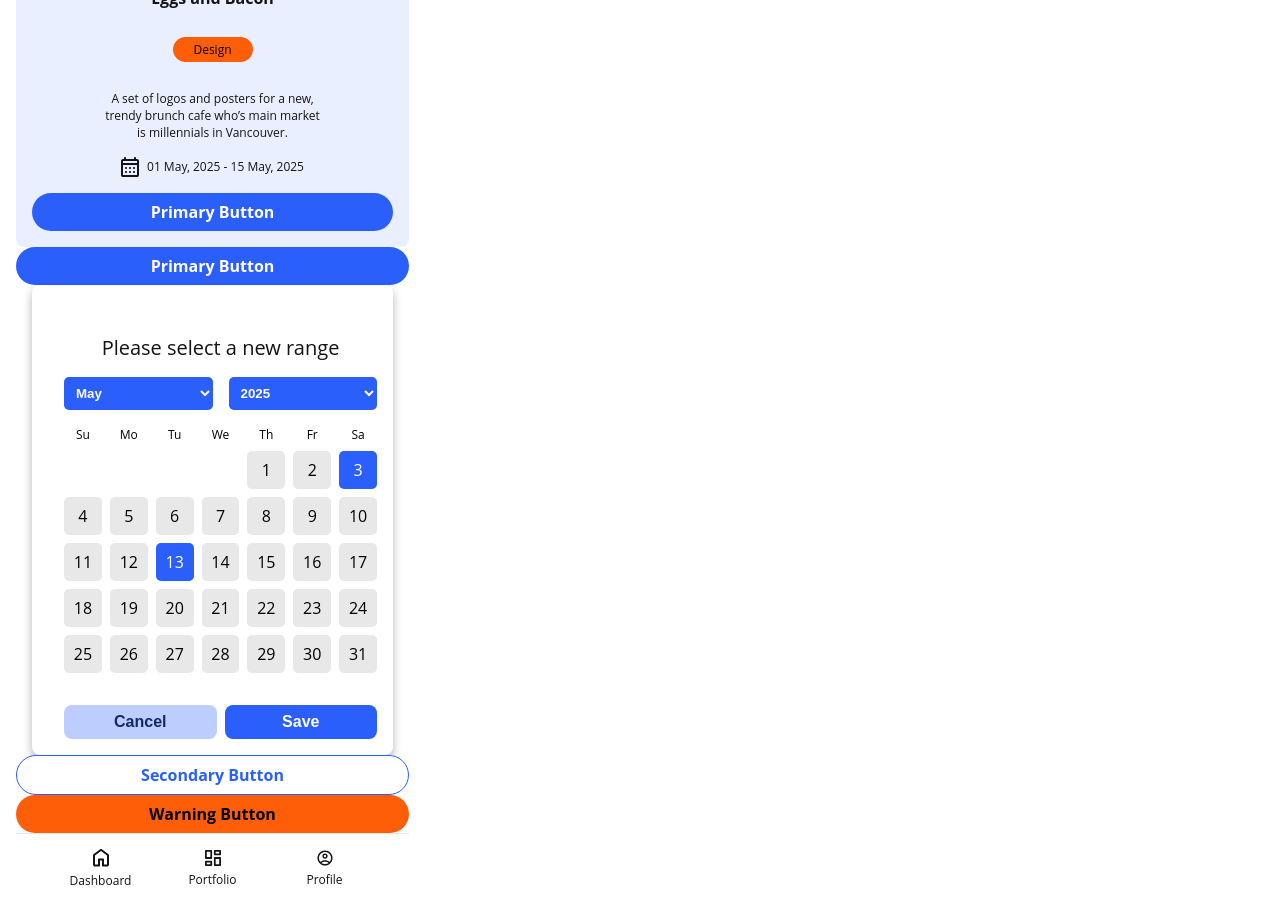
Repository: brunaguarizo/mosaic_app
Page: /
These files come from the project's save history. The page is drawn as it stood at one moment and after the next save; the edit follows.
The browser window is 1280 px wide. The pictures show the whole page.
The project was rebuilt for these pictures with package versions that can differ from the ones it lists, and the page was loaded fresh each time. The framework's server and built-in components were replaced by stand-ins that run in the browser. Also part of the build but not shown: next.config.mjs.

Above is the page before, as saved 2025-04-18 10:55:21.

### app/page.js
import Navbar from "./_ui/Navbar/Navbar";
import ProjectCard from "./_ui/Project_card/Project_card";
import Button from "./_ui/Button/Button";
import DatePicker from "./_ui/Date_PopUp/Date_PopUp";

export default function Home() {
    return (
        <div>
            <ProjectCard />

            <Button
                value='Primary Button'
                type='primary'
                //onClick={}
            />
            <DatePicker />

            <Button
                value='Secondary Button'
                type='secondary'
                //onClick={}
            />

            <Button
                value='Warning Button'
                type='warning'
                //onClick={}
            />
            <Navbar />
        </div>
    );
}

### app/globals.css
/* ------------------------------------------------------ GENERAL STYLES ------------------------------------------------------ */
*,
*::before,
*::after {
    box-sizing: inherit;
}

html,
body {
    padding: 0;
    margin: 0;
    font-family: var(--font-family);
    box-sizing: border-box;
}

html {
    display: flex;
    justify-content: center;
    align-items: center;
    width: 393px;
    height: 100%;
    margin: var(--space-regular);
}

.container {
}

.two-column {
    display: grid;
    grid-template-columns: 1fr 1fr;
    gap: var(--space-large);
}

/* ------------------------------------------------------ VARIABLES ------------------------------------------------------ */
:root {
    /* ----- COLORS ----- */
    --blue-primary: rgb(43, 95, 252);
    --blue-50: rgb(234, 239, 255);
    --blue-900: rgb(18, 40, 106);
    --white: #ffffff;
    --black: rgb(20, 20, 20);
    --grey-400: rgb(67, 67, 67);
    --yellow-secondary: rgb(255, 218, 1);
    --orange-secondary: rgb(255, 94, 9);
    --green-secondary: rgb(0, 193, 79);
    --purple-secondary: rgb(154, 65, 255);

    /* ----- TYPE ----- */
    --font-family: "Open Sans", sans-serif;

    --header-xxlarge-size: 88px;
    --title-section-font-size: 30px;
    --button-font-size: 24px;
    --body-text-font-size: 20px;
    --menu-font-size: 16px;
    --label-font-size: 12px;

    --font-style-normal: normal;
    --font-weight-bold: bold;

    --line-height-xxlarge: 100px;
    --line-height-large: 36px;
    --line-height-medium: 28px;
    --line-height-small: 20px;

    /* ----- SPACING ----- */
    --space-small: 8px;
    --space-regular: 16px;
    --space-medium: 32px;
    --space-large: 48px;
    --space-extra-large: 140px;
}

### app/_ui/Button/Button.js
// type: primary, secondary, warning
// disabled: boolean
// icon: icon
// size: small / default / large
// value: text
// onClick: function

import styles from "./Button.module.css";
import classNames from "classnames";

export default function Button({
    type,
    isDisabled = false,
    icon,
    size,
    value,
    onClick,
}) {
    const buttonClasses = classNames(styles.button, {
        [styles.small]: size === "small",
        [styles.large]: size === "large",
        [styles.primary]: type === "primary",
        [styles.secondary]: type === "secondary",
        [styles.disabled]: isDisabled,
        [styles.error]: type === "warning",
    });

    return (
        <input
            className={buttonClasses}
            type='button'
            value={value}
            onClick={onClick}
        />
    );
}

### app/_ui/Date_PopUp/Date_PopUp.js
"use client";

import { useState } from "react";
import styles from "./Date_PopUp.module.css";

const months = [
    "January",
    "February",
    "March",
    "April",
    "May",
    "June",
    "July",
    "August",
    "September",
    "October",
    "November",
    "December",
];

const years = [2025, 2026, 2027, 2028, 2029, 2020];

export default function DatePicker() {
    const [selectedMonth, setSelectedMonth] = useState(4); // May
    const [selectedYear, setSelectedYear] = useState(2025);
    const [selectedDates, setSelectedDates] = useState([3, 13]);

    const generateCalendar = () => {
        const firstDay = new Date(selectedYear, selectedMonth, 1).getDay();
        const daysInMonth = new Date(
            selectedYear,
            selectedMonth + 1,
            0
        ).getDate();

        const blanks = Array(firstDay).fill(null);
        const days = Array.from({ length: daysInMonth }, (_, i) => i + 1);

        return [...blanks, ...days];
    };

    const handleDateClick = (day) => {
        if (!day) return;
        const updated = [...selectedDates];
        if (updated.length === 2) updated.length = 0;
        updated.push(day);
        setSelectedDates(updated.sort((a, b) => a - b));
    };

    return (
        <div className={styles.popupContainer}>
            <div className={styles.popup}>
                <h2 className={styles.title}>Please select a new range</h2>
                <div className={styles.selects}>
                    <select
                        className={styles.select}
                        value={selectedMonth}
                        onChange={(e) =>
                            setSelectedMonth(Number(e.target.value))
                        }>
                        {months.map((month, idx) => (
                            <option
                                key={month}
                                value={idx}>
                                {month}
                            </option>
                        ))}
                    </select>
                    <select
                        className={styles.select}
                        value={selectedYear}
                        onChange={(e) =>
                            setSelectedYear(Number(e.target.value))
                        }>
                        {years.map((year) => (
                            <option
                                key={year}
                                value={year}>
                                {year}
                            </option>
                        ))}
                    </select>
                </div>
                <div className={styles.calendar}>
                    {["Su", "Mo", "Tu", "We", "Th", "Fr", "Sa"].map((day) => (
                        <div
                            key={day}
                            className={styles.dayLabel}>
                            {day}
                        </div>
                    ))}
                    {generateCalendar().map((day, idx) => (
                        <div
                            key={idx}
                            className={`${styles.dayCell} ${
                                selectedDates.includes(day)
                                    ? styles.selected
                                    : ""
                            } ${!day ? styles.empty : ""}`}
                            onClick={() => handleDateClick(day)}>
                            {day || ""}
                        </div>
                    ))}
                </div>
                <div className={styles.actions}>
                    <button className={styles.cancel}>Cancel</button>
                    <button className={styles.save}>Save</button>
                </div>
            </div>
        </div>
    );
}

### app/_ui/navbar/Navbar.module.css
.nav {
    width: 393px;
    height: 72px;
    justify-content: center;
    align-items: center;
    display: flex;
    flex-direction: row;
    padding: 0;
    margin: 0;
    gap: var(--space-large);
    border-top: 1px solid var(--grey-50);
}

.navbar__item {
    display: flex;
    flex-direction: column;
    justify-content: center;
    align-items: center;
    gap: 4px;
    text-decoration: none;
    width: 60px;
    height: 44px;
    padding-left: 32px;
    padding-right: 32px;
    margin: 0;
}

.navbar__icon {
    max-width: 16px;
    padding: 0;
    margin: 0;
    fill: var(--black);
}

.navbar__text {
    color: var(--black);
    font-size: var(--label-font-size);
    font-weight: var(--font-weight-400);
    line-height: var(--line-height-small);
    text-decoration: none;
    padding: 0;
    margin: 0;
}

.navbar__item:hover .navbar__text,
.navbar__item:hover .navbar__icon,
.navbar__item:active .navbar__text,
.navbar__item:active .navbar__icon {
    color: var(--blue-primary);
    fill: var(--blue-primary);
}

/* ------------------------------------------------------ VARIABLES ------------------------------------------------------ */
:root {
    /* ----- COLORS ----- */
    --blue-primary: rgb(43, 95, 252);
    --blue-50: rgb(234, 239, 255);
    --blue-100: #bdcdfe;
    --blue-900: rgb(18, 40, 106);
    --white: #ffffff;
    --black: rgb(20, 20, 20);
    --grey-400: rgb(67, 67, 67);
    --yellow-secondary: rgb(255, 218, 1);
    --orange-secondary: rgb(255, 94, 9);
    --green-secondary: rgb(0, 193, 79);
    --purple-secondary: rgb(154, 65, 255);

    /* ----- TYPE ----- */
    --font-family: "Open Sans", sans-serif;

    --font-size-extra-large: 30px;
    --font-size-large: 24px;
    --font-size-medium: 20px;
    --font-size-regular: 16px;
    --font-size-small: 12px;

    --font-style-normal: normal;
    --font-weight-bold: bold;

    --line-height-xxlarge: 100px;
    --line-height-large: 36px;
    --line-height-medium: 28px;
    --line-height-small: 20px;

    /* ----- SPACING ----- */
    --space-small: 8px;
    --space-regular: 16px;
    --space-medium: 32px;
    --space-large: 48px;
    --space-extra-large: 140px;
}

### app/_ui/Project_card/Project_card.module.css
.card__container {
    display: flex;
    flex-direction: column;
    justify-content: center;
    align-items: center;
    background-color: var(--blue-50);
    border-radius: var(--space-small);
    padding: var(--space-regular);
    gap: var(--space-regular);
}

.card__menu {
    width: 100%;
    display: flex;
    justify-content: flex-end;
    padding: 0;
    margin: 0;
}

.card__icon {
    fill: var(--blue-primary);
    padding: 0;
    margin: 0;

    &:hover {
        fill: var(--blue-900);
    }
}

.card__title {
    font-family: var(--font-family);
    font-size: var(--font-size-regular);
    font-weight: var(--font-weight-bold);
    color: var(--black);
    padding: 0;
    margin: 0;
}

.card__text {
    font-family: var(--font-family);
    font-size: var(--font-size-small);
    font-weight: var(--font-weight-regular);
    color: var(--black);
    text-align: center;
    padding: 0;
    margin: 0;
    max-width: 220px;
}

.date {
    display: flex;
    align-items: center;
    gap: var(--space-small);
    padding: 0;
    margin: 0;
}

.date__icon {
    fill: var(--black);
    padding: 0;
    margin: 0;
}

/* ------------------------------------------------------ VARIABLES ------------------------------------------------------ */
:root {
    /* ----- COLORS ----- */
    --blue-primary: rgb(43, 95, 252);
    --blue-50: rgb(234, 239, 255);
    --blue-100: #bdcdfe;
    --blue-900: rgb(18, 40, 106);
    --white: #ffffff;
    --black: rgb(20, 20, 20);
    --grey-400: rgb(67, 67, 67);
    --yellow-secondary: rgb(255, 218, 1);
    --orange-secondary: rgb(255, 94, 9);
    --green-secondary: rgb(0, 193, 79);
    --purple-secondary: rgb(154, 65, 255);

    /* ----- TYPE ----- */
    --font-family: "Open Sans", sans-serif;

    --font-size-extra-large: 30px;
    --font-size-large: 24px;
    --font-size-medium: 20px;
    --font-size-regular: 16px;
    --font-size-small: 12px;

    --font-style-normal: normal;
    --font-weight-bold: bold;

    --line-height-xxlarge: 100px;
    --line-height-large: 36px;
    --line-height-medium: 28px;
    --line-height-small: 20px;

    /* ----- SPACING ----- */
    --space-small: 8px;
    --space-regular: 16px;
    --space-medium: 32px;
    --space-large: 48px;
    --space-extra-large: 140px;
}

### app/_ui/Tag/Tag.js
import styles from "./Tag.module.css";

function Tag() {
    return <p className={styles.tag}>Design</p>;
}

export default Tag;

### app/_ui/Button/Button.module.css
.button {
    font-family: var(--font-family);
    font-size: var(--font-size-regular);
    font-weight: var(--font-weight-bold);
    width: 100%;
    padding-top: var(--space-small);
    padding-left: var(--space-regular);
    padding-right: var(--space-regular);
    padding-bottom: var(--space-small);
    border-radius: 100px;
    align-items: center;
    border: none;

    &:hover {
        background-color: var(--blue-900);
        color: var(--white);
    }
}

.primary {
    background: var(--blue-primary);
    color: var(--white);
}

.secondary {
    background-color: var(--white);
    border: 1px solid var(--blue-primary);
    color: var(--blue-primary);
}

.disabled {
    pointer-events: none;
    color: var(--white);
    background-color: var(--blue-100);
}

.small {
    font-size: var(--font-size-small);
    padding: var(--space-small);
    align-items: center;
}

.large {
    font-size: var(--font-size-large);
    padding: var(--space-regular);
}

.error {
    background-color: var(--orange-secondary);
}

/* ------------------------------------------------------ VARIABLES ------------------------------------------------------ */
:root {
    /* ----- COLORS ----- */
    --blue-primary: rgb(43, 95, 252);
    --blue-50: rgb(234, 239, 255);
    --blue-100: #bdcdfe;
    --blue-900: rgb(18, 40, 106);
    --white: #ffffff;
    --black: rgb(20, 20, 20);
    --grey-400: rgb(67, 67, 67);
    --yellow-secondary: rgb(255, 218, 1);
    --orange-secondary: rgb(255, 94, 9);
    --green-secondary: rgb(0, 193, 79);
    --purple-secondary: rgb(154, 65, 255);

    /* ----- TYPE ----- */
    --font-family: "Open Sans", sans-serif;

    --font-size-extra-large: 30px;
    --font-size-large: 24px;
    --font-size-medium: 20px;
    --font-size-regular: 16px;
    --font-size-small: 12px;

    --font-style-normal: normal;
    --font-weight-bold: bold;

    --line-height-xxlarge: 100px;
    --line-height-large: 36px;
    --line-height-medium: 28px;
    --line-height-small: 20px;

    /* ----- SPACING ----- */
    --space-small: 8px;
    --space-regular: 16px;
    --space-medium: 32px;
    --space-large: 48px;
    --space-extra-large: 140px;
}

### app/_ui/Date_PopUp/Date_PopUp.module.css
.popupContainer {
    display: flex;
    justify-content: center;
    align-items: center;
}

.popup {
    background-color: var(--white);
    padding: var(--space-medium) var(--space-regular) var(--space-regular)
        var(--space-medium);
    border-radius: var(--space-small);
    box-shadow: 0 5px 10px rgba(0, 0, 0, 0.3);
    font-family: var(--font-family);
    width: 361px;
    gap: var(--space-regular);
}

.title {
    font-size: var(--font-size-medium);
    font-weight: var(--font-weight-regular);
    color: var(--black);
    text-align: center;
}

.selects {
    display: flex;
    gap: var(--space-regular);
    margin-bottom: var(--space-regular);
}

.select {
    flex: 1;
    padding: var(--space-small);
    background-color: var(--blue-primary);
    color: var(--white);
    font-weight: var(--font-weight-bold);
    border: none;
    border-radius: 5px;
    cursor: pointer;
}

.calendar {
    display: grid;
    grid-template-columns: repeat(7, 1fr);
    gap: var(--space-small);
    text-align: center;
    margin-bottom: var(--space-medium);
}

.dayLabel {
    font-weight: var(--font-weight-regular);
    font-size: var(--font-size-small);
    color: black;
}

.dayCell {
    padding: var(--space-small);
    border-radius: 5px;
    font-size: var(--font-size-regular);
    background-color: var(--grey-50);
    cursor: pointer;
    user-select: none;
}

.dayCell:hover {
    background-color: var(--blue-100);
}

.selected {
    background-color: var(--blue-primary);
    color: var(--white);
}

.empty {
    background: none;
    pointer-events: none;
}

.actions {
    display: flex;
    justify-content: space-between;
}

.cancel,
.save {
    padding: var(--space-small) var(--space-medium);
    border: none;
    border-radius: 8px;
    font-size: var(--font-size-regular);
    font-weight: var(--font-weight-bold);
    cursor: pointer;
    flex: 1;
}

.cancel {
    background-color: var(--blue-100);
    color: var(--blue-900);
    margin-right: var(--space-small);
}

.save {
    background-color: var(--blue-primary);
    color: var(--white);
}

/* ------------------------------------------------------ VARIABLES ------------------------------------------------------ */
:root {
    /* ----- COLORS ----- */
    --blue-primary: rgb(43, 95, 252);
    --blue-50: rgb(234, 239, 255);
    --blue-100: #bdcdfe;
    --blue-900: rgb(18, 40, 106);
    --white: #ffffff;
    --black: rgb(20, 20, 20);
    --grey-400: rgb(67, 67, 67);
    --grey-50: #e8e8e8;
    --yellow-secondary: rgb(255, 218, 1);
    --orange-secondary: rgb(255, 94, 9);
    --green-secondary: rgb(0, 193, 79);
    --purple-secondary: rgb(154, 65, 255);

    /* ----- TYPE ----- */
    --font-family: "Open Sans", sans-serif;

    --font-size-extra-large: 30px;
    --font-size-large: 24px;
    --font-size-medium: 20px;
    --font-size-regular: 16px;
    --font-size-small: 12px;

    --font-style-normal: normal;
    --font-weight-bold: bold;

    --line-height-xxlarge: 100px;
    --line-height-large: 36px;
    --line-height-medium: 28px;
    --line-height-small: 20px;

    /* ----- SPACING ----- */
    --space-small: 8px;
    --space-regular: 16px;
    --space-medium: 32px;
    --space-large: 48px;
    --space-extra-large: 140px;
}

### app/_ui/Tag/Tag.module.css
.tag {
    font-family: var(--font-family);
    font-size: var(--font-size-small);
    font-weight: var(--font-weight-regular);
    width: 80px;
    padding: var(--space-extra-small);
    border-radius: 100px;
    border: none;
    background-color: var(--orange-secondary);

    display: flex;
    justify-content: center;
    align-items: center;
    text-align: center;
}

/* ------------------------------------------------------ VARIABLES ------------------------------------------------------ */
:root {
    /* ----- COLORS ----- */
    --blue-primary: rgb(43, 95, 252);
    --blue-50: rgb(234, 239, 255);
    --blue-100: #bdcdfe;
    --blue-900: rgb(18, 40, 106);
    --white: #ffffff;
    --black: rgb(20, 20, 20);
    --grey-400: rgb(67, 67, 67);
    --yellow-secondary: rgb(255, 218, 1);
    --orange-secondary: rgb(255, 94, 9);
    --green-secondary: rgb(0, 193, 79);
    --purple-secondary: rgb(154, 65, 255);

    /* ----- TYPE ----- */
    --font-family: "Open Sans", sans-serif;

    --font-size-extra-large: 30px;
    --font-size-large: 24px;
    --font-size-medium: 20px;
    --font-size-regular: 16px;
    --font-size-small: 12px;

    --font-style-normal: normal;
    --font-weight-bold: bold;

    --line-height-xxlarge: 100px;
    --line-height-large: 36px;
    --line-height-medium: 28px;
    --line-height-small: 20px;

    /* ----- SPACING ----- */
    --space-extra-small: 4px;
    --space-small: 8px;
    --space-regular: 16px;
    --space-medium: 32px;
    --space-large: 48px;
    --space-extra-large: 140px;
}

Loaded but not shown: app/layout.js (common file); app/_ui/Project_card/Project_card.js (67 lines, source omitted); app/_ui/navbar/Navbar.js (56 lines, source omitted)

After the next save:
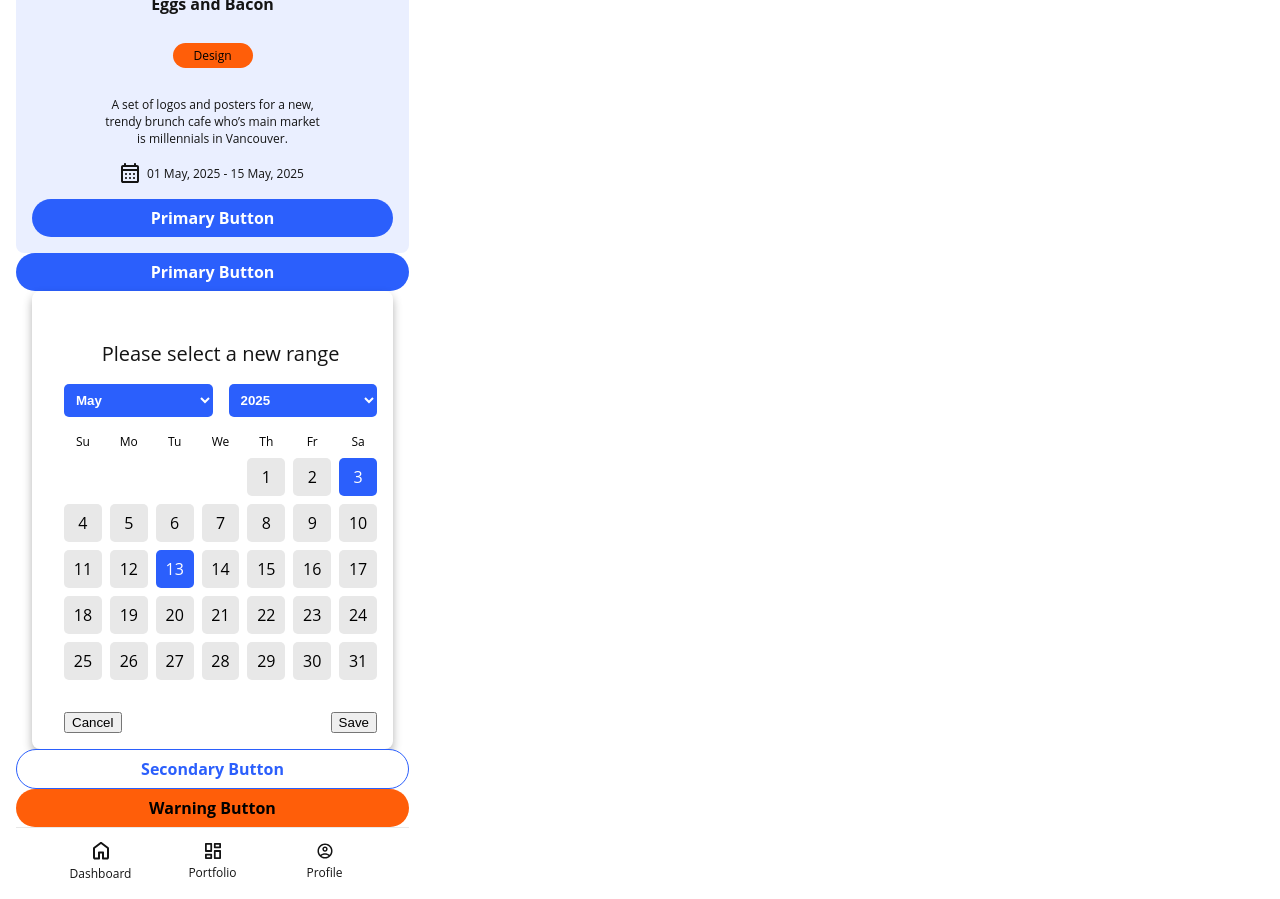
Saved 67 s later.
--- a/app/_ui/Date_PopUp/Date_PopUp.module.css
+++ b/app/_ui/Date_PopUp/Date_PopUp.module.css
@@ -81,28 +81,6 @@
     justify-content: space-between;
 }
 
-.cancel,
-.save {
-    padding: var(--space-small) var(--space-medium);
-    border: none;
-    border-radius: 8px;
-    font-size: var(--font-size-regular);
-    font-weight: var(--font-weight-bold);
-    cursor: pointer;
-    flex: 1;
-}
-
-.cancel {
-    background-color: var(--blue-100);
-    color: var(--blue-900);
-    margin-right: var(--space-small);
-}
-
-.save {
-    background-color: var(--blue-primary);
-    color: var(--white);
-}
-
 /* ------------------------------------------------------ VARIABLES ------------------------------------------------------ */
 :root {
     /* ----- COLORS ----- */
